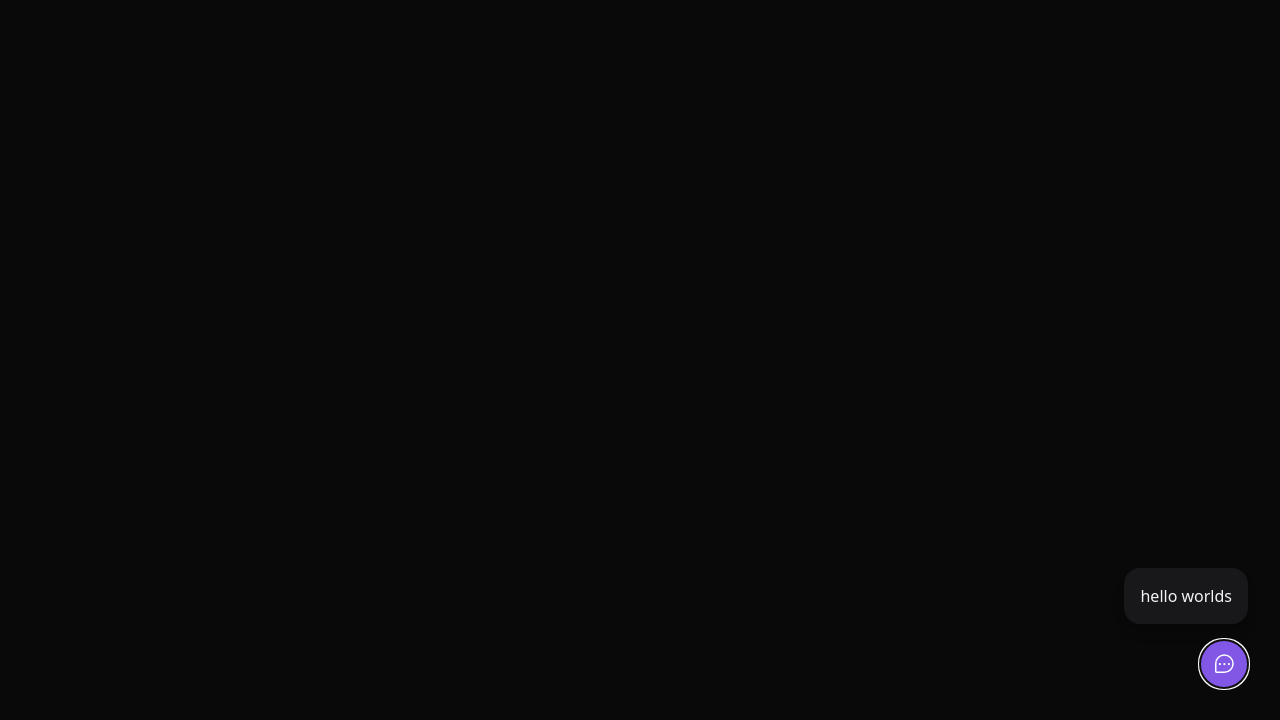
Repository: wandersondacosta/NLW-return-
Page: / (app in web/), after clicking the first element matching `#headlessui-popover-button-\:r8\:`
These files come from the project's save history. The page is drawn as it stood at one moment and after the next save; the edit follows.
The browser window is 1280 px wide. The pictures show the whole page.
The project was rebuilt for these pictures with package versions that can differ from the ones it lists, and the page was loaded fresh each time. Also part of the build but not shown: web/vite.config.ts.

Above is the page before, as saved 2022-05-05 20:06:45.

### web/src/global.css
@tailwind base;
@tailwind components;
@tailwind utilities;


body {
  @apply bg-[#09090a] text-zinc-100
}

### web/src/components/Widget.tsx
import { ChatTeardropDots } from "phosphor-react";
import { Popover } from "@headlessui/react";
import { WidgetForm } from "./WidgetForm";

export function Widget() {
  return (
    <Popover className="absolute bottom-4 right-4 md:bottom-8 md:right-8 flex flex-col items-end">
      <Popover.Panel>
        <WidgetForm />
      </Popover.Panel>

      <Popover.Button className="bg-brand-500 rounded-full px-3 h-12 text-white flex items-center group">
        <ChatTeardropDots className="w-6 h-6" />
        <span className="max-w-0 overflow-hidden group-hover:max-w-xs transition-all duration-500 ease-linear">
          <span className="pl-2"></span>
          feedback
        </span>
      </Popover.Button>
    </Popover>
  );
}

### web/src/components/WidgetForm.tsx
export function WidgetForm() {
  return (
    <div className="bg-zinc-900 p-4 relative rounded-2xl mb-4 flex flex-col items-center shadow-lg w-[calc(100vw-2rem)] md:w-auto">
      hello worlds
    </div>
  );
}

Loaded but not shown: web/index.html (common file); web/src/main.tsx (common file); web/src/App.tsx (common file); web/tailwind.config.js (common file)

After the next save:
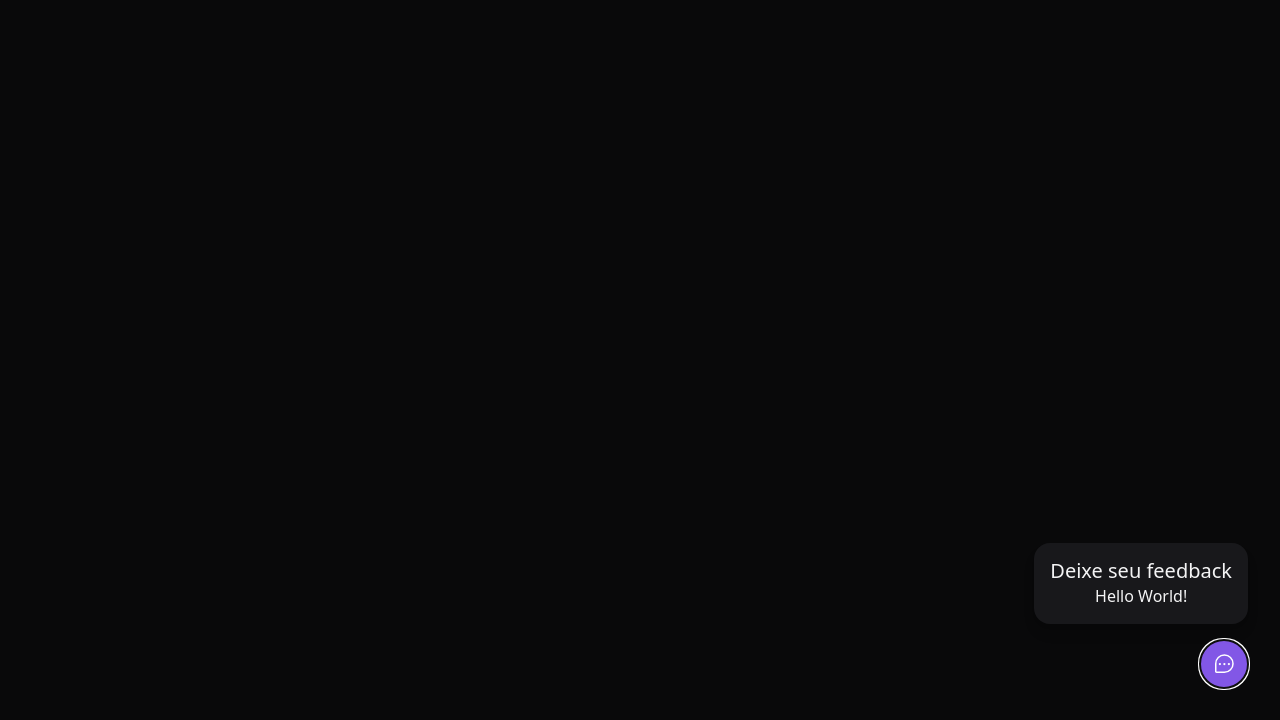
Saved 20 min 57 s later.
--- a/web/src/components/WidgetForm.tsx
+++ b/web/src/components/WidgetForm.tsx
@@ -1,7 +1,13 @@
 export function WidgetForm() {
   return (
     <div className="bg-zinc-900 p-4 relative rounded-2xl mb-4 flex flex-col items-center shadow-lg w-[calc(100vw-2rem)] md:w-auto">
-      hello worlds
+      <header>
+        <span className="text-xl leading-6">Deixe seu feedback</span>
+      </header>
+
+      <p>Hello World!</p>
+
+      <footer></footer>
     </div>
   );
 }
